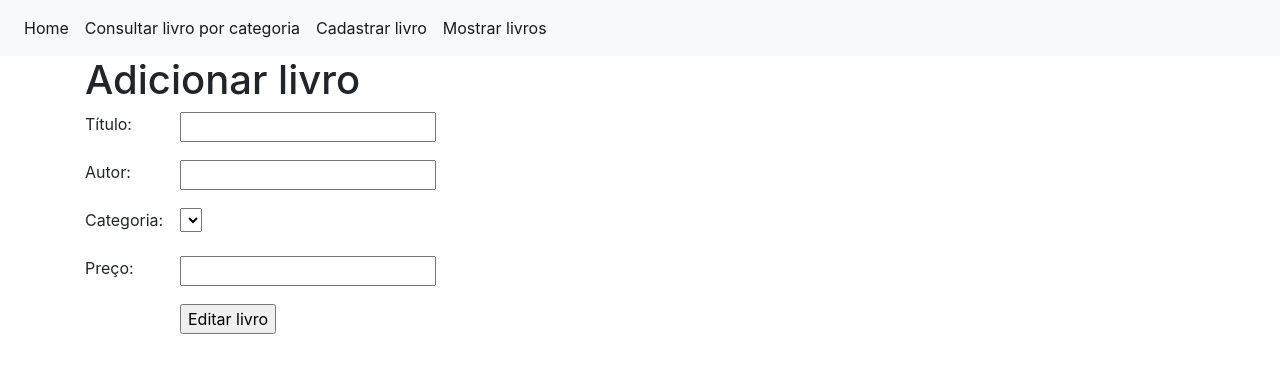
Repository: SrtaVerdant/projeto-livraria
Page: http://localhost/ProjetoLivraria/adicionar.jsp
An editor plug-in stored every save of this project. The page is shown before and after the next save, followed by the edit.
The browser window is 1280 px wide. The pictures show the whole page.
Some web libraries are served in a nearby version. The page is served by Tomcat 9. Queries for data that is not in the repository find no rows.

Above is the page before, as saved 2022-10-30 00:08:43.

After the next save:
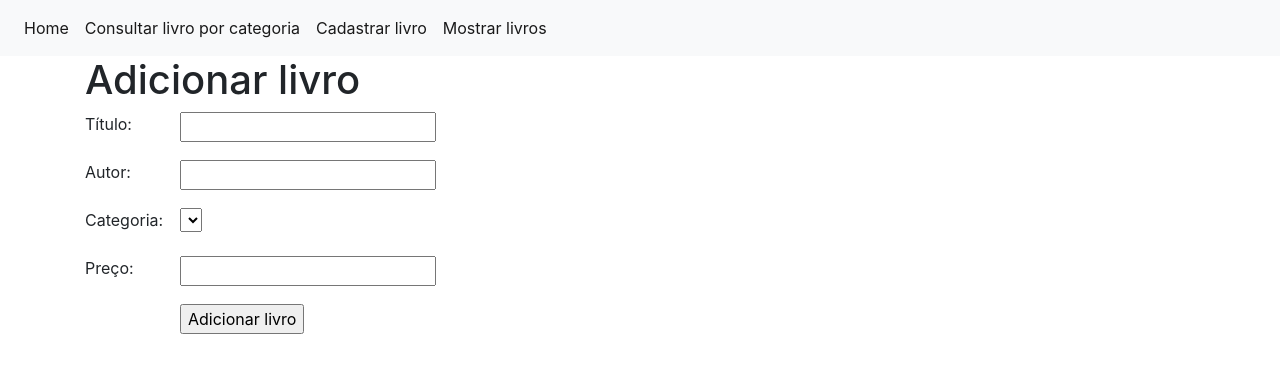
Saved 11 s later.
--- a/ProjetoLivraria/src/main/webapp/adicionar.jsp
+++ b/ProjetoLivraria/src/main/webapp/adicionar.jsp
@@ -89,7 +89,7 @@
 
 					</div>
 					<div class="col-11">
-						<input type="submit" name="btn" value="Editar livro"/>
+						<input type="submit" name="btn" value="Adicionar livro"/>
 					</div>
 				</div>
 
